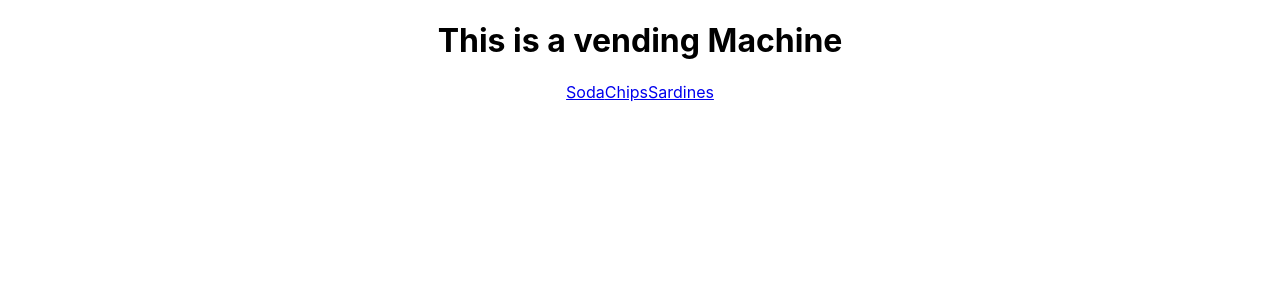
Repository: zhapar/vending-machine
Page: /
These files come from the project's save history. The page is drawn as it stood at one moment and after a run of saves; the edit follows.
The browser window is 1280 px wide. The pictures show the whole page.
The project was rebuilt for these pictures with package versions that can differ from the ones it lists, and the page was loaded fresh each time. Also part of the build but not shown: src/Chips.js, src/Sardines.js, src/Soda.js.

Above is the page before, as saved 2020-09-01 18:45:19.

After the next 3 saves:
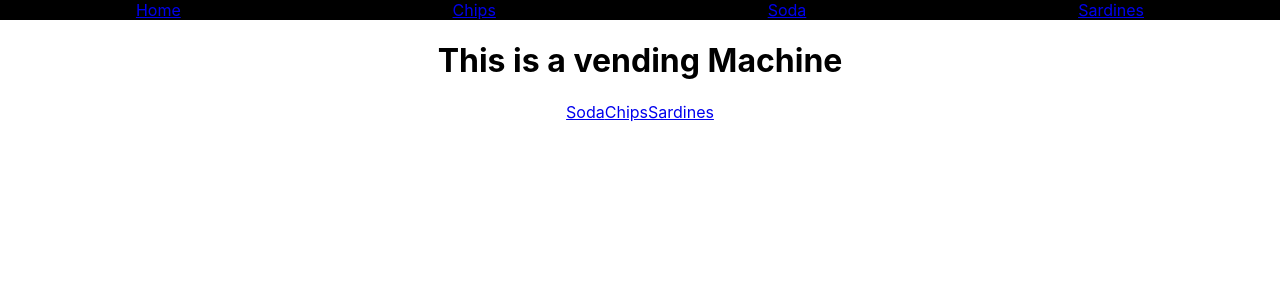
The 3 saves are shown as one change because 2 did not build or start.
The last was saved 87 s later.
--- a/src/App.js
+++ b/src/App.js
@@ -1,5 +1,6 @@
 import React from "react";
 import { Switch, Route } from "react-router-dom";
+import Navbar from "./Navbar";
 import VendingMachine from "./VendingMachine";
 import Chips from "./Chips";
 import Sardines from "./Sardines";
@@ -9,6 +10,7 @@ import "./App.css";
 function App() {
   return (
     <div className="App">
+      <Navbar />
       <Switch>
         <Route exact path="/" render={() => <VendingMachine />} />
         <Route exact path="/chips" render={() => <Chips />} />
--- a/src/Navbar.js
+++ b/src/Navbar.js
@@ -1,23 +1,23 @@
 import React, { Component } from "react";
-import { NavbarLink } from "react-router-dom";
+import { NavLink } from "react-router-dom";
 import "./Navbar.css";
 
 class Chips extends Component {
   render() {
     return (
       <div className="Navbar">
-        <NavbarLink exact activeClassName="Navbar-active" to="/">
+        <NavLink exact activeClassName="Navbar-active" to="/">
           Home
-        </NavbarLink>
-        <NavbarLink exact activeClassName="Navbar-active" to="/chips">
+        </NavLink>
+        <NavLink exact activeClassName="Navbar-active" to="/chips">
           Chips
-        </NavbarLink>
-        <NavbarLink exact activeClassName="Navbar-active" to="/soda">
+        </NavLink>
+        <NavLink exact activeClassName="Navbar-active" to="/soda">
           Soda
-        </NavbarLink>
-        <NavbarLink exact activeClassName="Navbar-active" to="/sardines">
+        </NavLink>
+        <NavLink exact activeClassName="Navbar-active" to="/sardines">
           Sardines
-        </NavbarLink>
+        </NavLink>
       </div>
     );
   }
